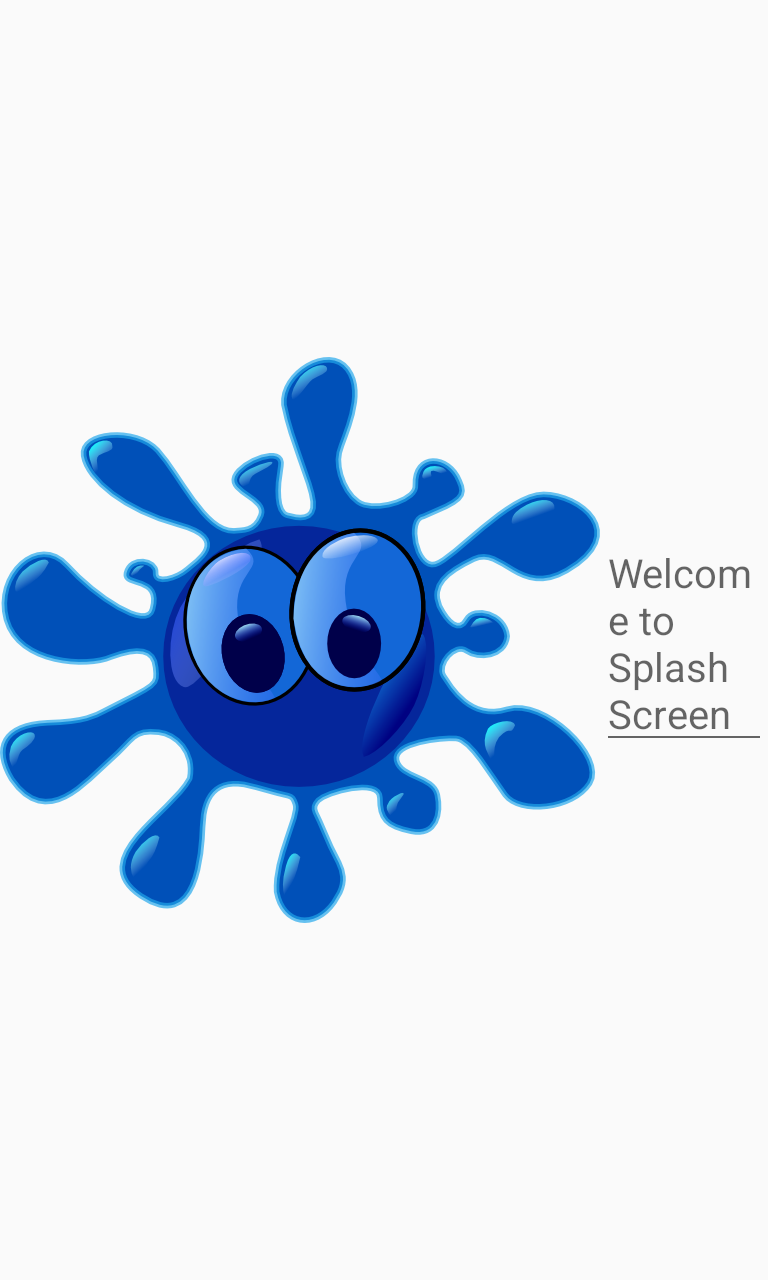
Repository: AlvaroCortez/Assigment1
Layout: SplashScreen/res/layout/activity_main.xml
The author's editor kept a copy of each file at every save. The layout is drawn from the files as they stood at one save, then again after the next save.
It is drawn on a 768 x 1280 px phone screen (xhdpi) without system bars, with theme AppTheme; the app's code is not run.

Above is the layout before, as saved 2014-04-27 17:08:07.

After the next save:
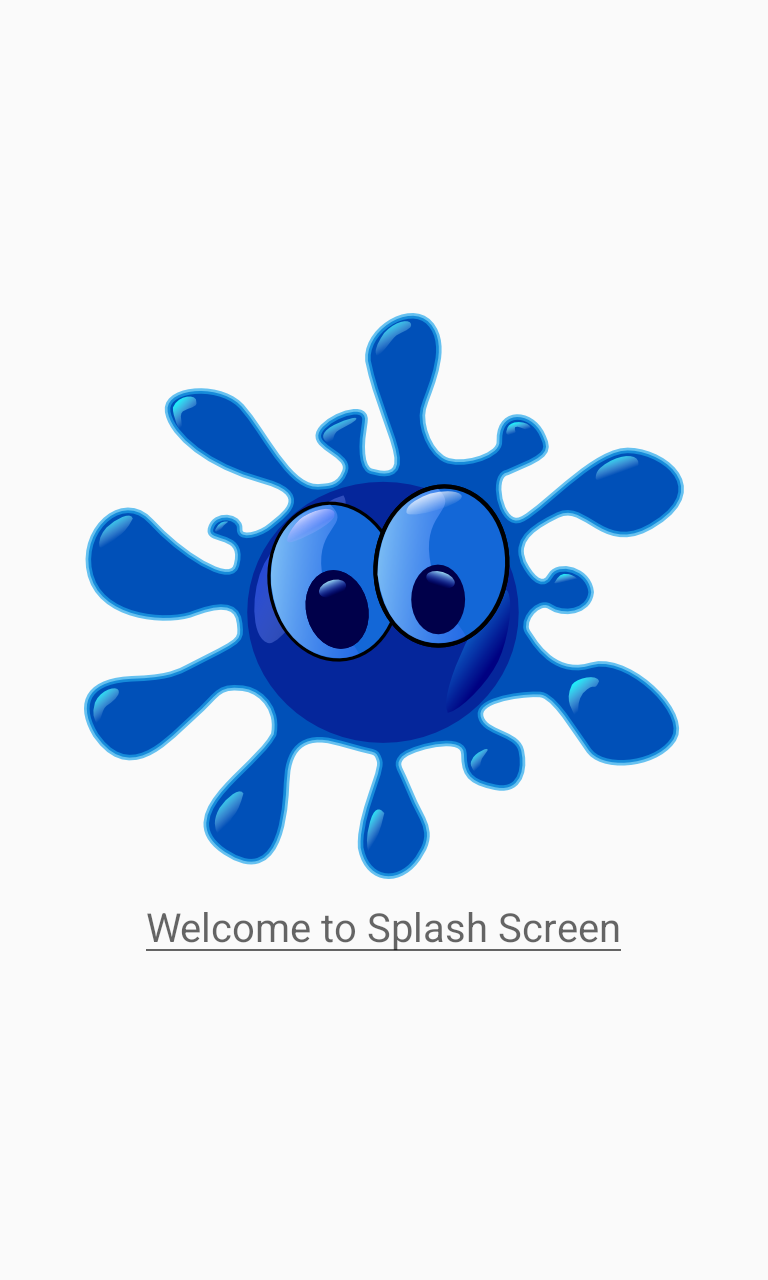
Saved 43 s later.
--- a/SplashScreen/res/layout/activity_main.xml
+++ b/SplashScreen/res/layout/activity_main.xml
@@ -3,7 +3,7 @@
     android:layout_width="match_parent"
     android:layout_height="match_parent"
     android:gravity="center"
-    android:orientation="horizontal" >
+    android:orientation="vertical" >
 
     <ImageView
         android:layout_width="wrap_content"

After the save that followed:
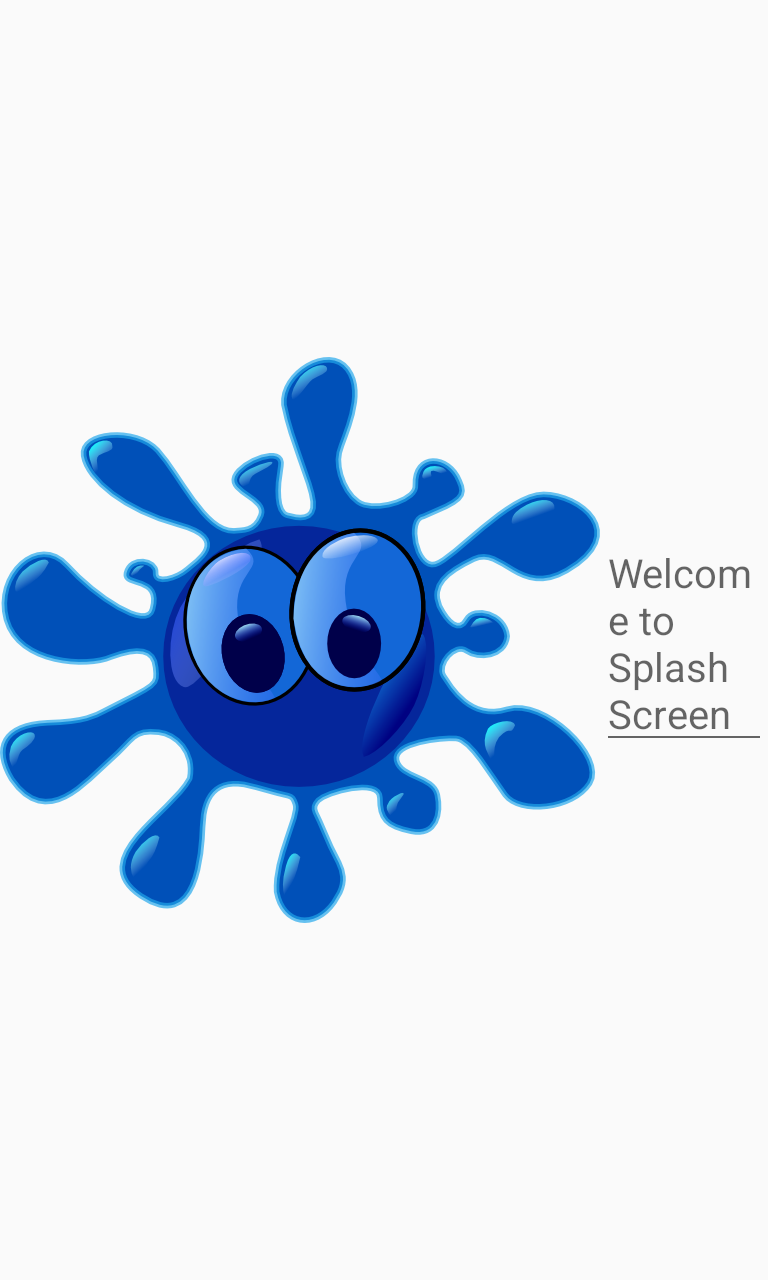
Saved 3 min 7 s later.
--- a/SplashScreen/res/layout/activity_main.xml
+++ b/SplashScreen/res/layout/activity_main.xml
@@ -3,7 +3,7 @@
     android:layout_width="match_parent"
     android:layout_height="match_parent"
     android:gravity="center"
-    android:orientation="vertical" >
+    android:orientation="horizontal" >
 
     <ImageView
         android:layout_width="wrap_content"
